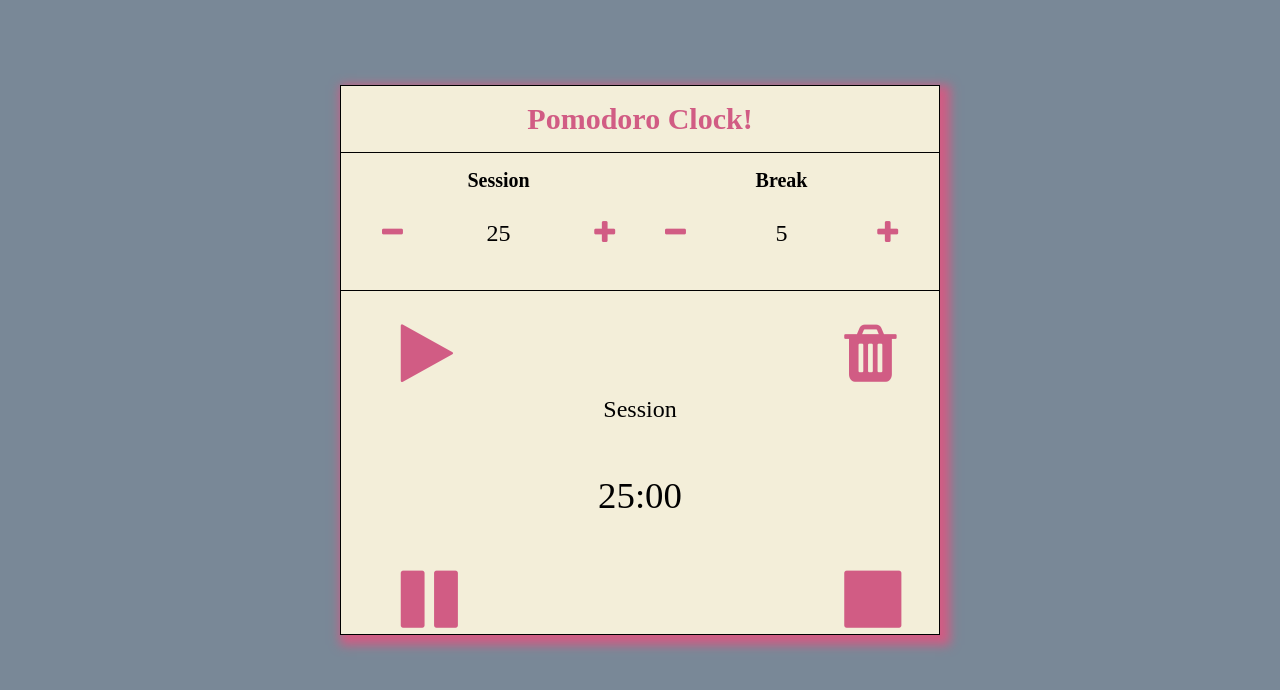
Repository: mcostigliola/pomodoroTimer
Page: index.html
These files come from the project's save history. The page is drawn as it stood at one moment and after the next save; the edit follows.
The browser window is 1280 px wide. The pictures show the whole page.

Above is the page before, as saved 2020-06-10 19:51:05.

### index.html
<!DOCTYPE html>
<html>
<head>
  <meta charset='utf-8'>
  <meta http-equiv='X-UA-Compatible' content='IE=edge'>
  <title>Page Title</title>
  <meta name='viewport' content='width=device-width, initial-scale=1'>
  <link rel='stylesheet' type='text/css' media='screen' href='main.css'>
  <link rel='stylesheet' type='text/css' media='screen' href='https://cdnjs.cloudflare.com/ajax/libs/font-awesome/4.7.0/css/font-awesome.css'>
</head>
<body>
  <div id="main-container">
    <div id="title-watch">
      <p>Pomodoro Clock!</p>
    </div>

    <div id="session-container">
      <div class="timer-configurator">
        <h3 class="cnfg-name">Session</h3>
        <div class="cnfg-controller">
          <button id="session-down" class="arrow-btn arrow-down">
            <i class="fa fa-2x fa-minus" aria-hidden="true"></i>
          </button>
          <div id="session-minute" class="config-minute"></div>
          <button id="session-up" class="arrow-btn arrow-up">
            <i class="fa fa-2x fa-plus" aria-hidden="true"></i>
          </button>
        </div>
      </div>
      <div class="timer-configurator">
        <h3 class="cnfg-name">Break</h3>
        <div class="cnfg-controller">
          <button id="break-down" class="arrow-btn arrow-down">
            <i class="fa fa-2x fa-minus" aria-hidden="true"></i>
          </button>
          <div id="break-minute" class="config-minute"></div>
          <button id="break-up" class="arrow-btn arrow-up">
            <i class="fa fa-2x fa-plus" aria-hidden="true"></i>
          </button>
        </div>
      </div>
    </div>

    <div id="timer-container">
       <div class="btn-container">
         <button id="btn-play"><i class="fa fa-5x fa-play" aria-hidden="true"></i></button>
         <button id="btn-reset"><i class="fa fa-5x fa-trash" aria-hidden="true"></i></button>
       </div>

       <p id="status">Session</p>
       <p id="timer">25:00</p>
       <div class="btn-container">
         <button id="btn-pause"><i class="fa fa-5x fa-pause" aria-hidden="true"></i>
</button>
         <button id="btn-stop"><i class="fa fa-5x fa-stop" aria-hidden="true"></i>
</button>
       </div>

    </div>
  </div>

  <script src='main.js'></script>
</body>
</html>

### main.css
:root{
    --bg-color: #798897;
    --main-color: #f3eed9;
    --icon-color: #d15c84;
}

 *{

    box-sizing: border-box;
    margin:0;
    padding:0;
}

html{
    height: 100%;
    background-color: var(--bg-color);
}

body{
    display: flex;
    flex-flow: column;
    height: 100%;
}

button{
    background: none;
    border: none;
    cursor: pointer;
    height: auto;
    outline: inherit;
    width: auto;
}

button > * {
    pointer-events: none;
  }

i{
    color: var(--icon-color);
    width: 100%;
}

#main-container{
    background-color: var(--main-color);
    box-shadow:5px 5px 10px 5px var(--icon-color);
    border: 1px solid black;
    display: flex;
    flex-flow: column;
    height: 550px;
    justify-content: space-between;
    margin: auto;
    width: 600px;
}

#session-container{
    border-top: 1px solid black;
    display: flex;
    height: 30%;
    padding: 1rem;
}

#status{
    font-size: 1.5rem;
}

#timer{
    font-size: 2.3rem;
}

#timer-container{
    height: 75%;
}

#timer-container{
    border-top: 1px solid black;
    display:flex;
    flex-flow: column;
    justify-content: space-between  ;
    padding: 5% 10% 7% 10%;
    text-align: center;
}

#title-watch{
    align-items: center;
    display: flex;
    height: 15%;
    text-align: center;
}

#title-watch p{
    color: var(--icon-color);
    flex-grow: 1;
    font-size: 30px;
    font-weight: bold;
}

.arrow-btn{
    width: 25%;
}

.btn-container{
    display: flex;
    justify-content: space-between;
}

.btn-container button{
    height: 25px;
    width: 35px;
}

.cnfg-controller{
    display: flex;
    flex-grow: 1;
    justify-content: space-between;
}

.cnfg-name{
    font-size: 20px;
}

.config-minute{
    font-size: 1.5rem;
    display: flex;
    flex-flow: column;
    justify-content: center;
}


.timer-configurator{
    display: flex;
    flex-flow: column;
    width: 50%;
}

.timer-configurator h3{
    text-align: center;
}

### main.js
const MAX_CNFG_VALUE = 99;
const DEFMINUTES = 25;
const DEFBREAK = 5;
let configSessionMinutes = DEFMINUTES;
let configBreakMinutes = DEFBREAK;
let timerMinutes = configSessionMinutes;
let timerSeconds = 0;
let intervalId;
let isPaused = true;
let isOnBreak = false;
let sessionP = document.getElementById('status');
document.getElementById('session-minute').innerText = configSessionMinutes.toString();
document.getElementById('break-minute').innerText = configBreakMinutes.toString();

let arrowBtns = Array.from(document.querySelectorAll('.arrow-btn'));
arrowBtns.forEach(btn => btn.addEventListener('click', pressArrow));

document.getElementById('btn-play').addEventListener('click', pressPlay);
document.getElementById('btn-pause').addEventListener('click', pressPause);
document.getElementById('btn-stop').addEventListener('click', pressStop);
document.getElementById('btn-reset').addEventListener('click', resetButton);

function pressArrow(e){
  const buttonId = e.target.id;
  changeConfigMinutes(buttonId);
  alignConfigWithDisplay(buttonId);
}

function alignConfigWithDisplay(buttonId){
  if(buttonId.includes('break')){
    updateDisplay();
    if(isPaused && isOnBreak){
      timerMinutes = configBreakMinutes;
      updateDisplay();
    }
  }else{
    updateDisplay();
    if(isPaused && !isOnBreak){
      timerMinutes = configSessionMinutes;
      updateDisplay();
    }
  }
}

function changeConfigMinutes(buttonId){
  switch(buttonId){
    case "session-up":
      if(configSessionMinutes < MAX_CNFG_VALUE) configSessionMinutes++;
      break;
    case "session-down":
      if(configSessionMinutes > 0) configSessionMinutes--;
      break;
    case "break-up":
      if(configBreakMinutes < MAX_CNFG_VALUE) configBreakMinutes++;
      break;
    case "break-down":
      if(configBreakMinutes > 0) configBreakMinutes--;
      break;
  }
}

function updateDisplay(){
  updateTimerText();
  udpateConfigText();
}

function updateTimerText(){
  let timer = '';
  timerMinutes < 10 ? timer = `0${timerMinutes}`: timer = timerMinutes;
  timerSeconds < 10 ? timer += `:0${timerSeconds}`: timer += `:${timerSeconds}`;
  document.getElementById('timer').innerText = timer;
}

function udpateConfigText(){
  document.getElementById('break-minute').innerText = configBreakMinutes.toString();
  document.getElementById('session-minute').innerText = configSessionMinutes.toString();
}

function countdown(){
   intervalId = setInterval(() => {
    if(isPaused === true){
      clearInterval(intervalId);
      return;
    }
    if (timerSeconds > 0){
          timerSeconds--;
          updateDisplay();
    }else{
      if (timerMinutes > 0){
        timerMinutes--;
        timerSeconds = 59;
        updateDisplay();
      } else {
        isPaused = true;
        switchStatus();
      }
    }
   }, 1000);
}

function pressPlay(){
  if (isPaused){
    countdown();
    isPaused = false;
  }
}

function pressPause(){
  if(!isPaused) isPaused = true;
}

function pressStop(){
  timerSeconds = 0;
  isPaused = true;
  if(isOnBreak){
    sessionP.innerText = "Break";
    timerMinutes = configBreakMinutes;
  }else{
    sessionP.innerText = "Session";
    timerMinutes = configSessionMinutes;
  }
  updateDisplay();
}

function resetButton(){
  configSessionMinutes = DEFMINUTES;
  configBreakMinutes = DEFBREAK;
  isPaused = true;
  isOnBreak = false;
  timerMinutes = configSessionMinutes;
  timerSeconds = 0;
  sessionP.innerText = "Session";
  updateDisplay();
}

function switchStatus(){
  clearInterval(intervalId);
  isOnBreak = !isOnBreak;
  if(isOnBreak){
    timerMinutes = configBreakMinutes;
    sessionP.innerText = "Break";
  } else {
    timerMinutes = configSessionMinutes;
    sessionP.innerText = "Session";
  }
  isPaused = true;
  updateDisplay();
}

After the next save:
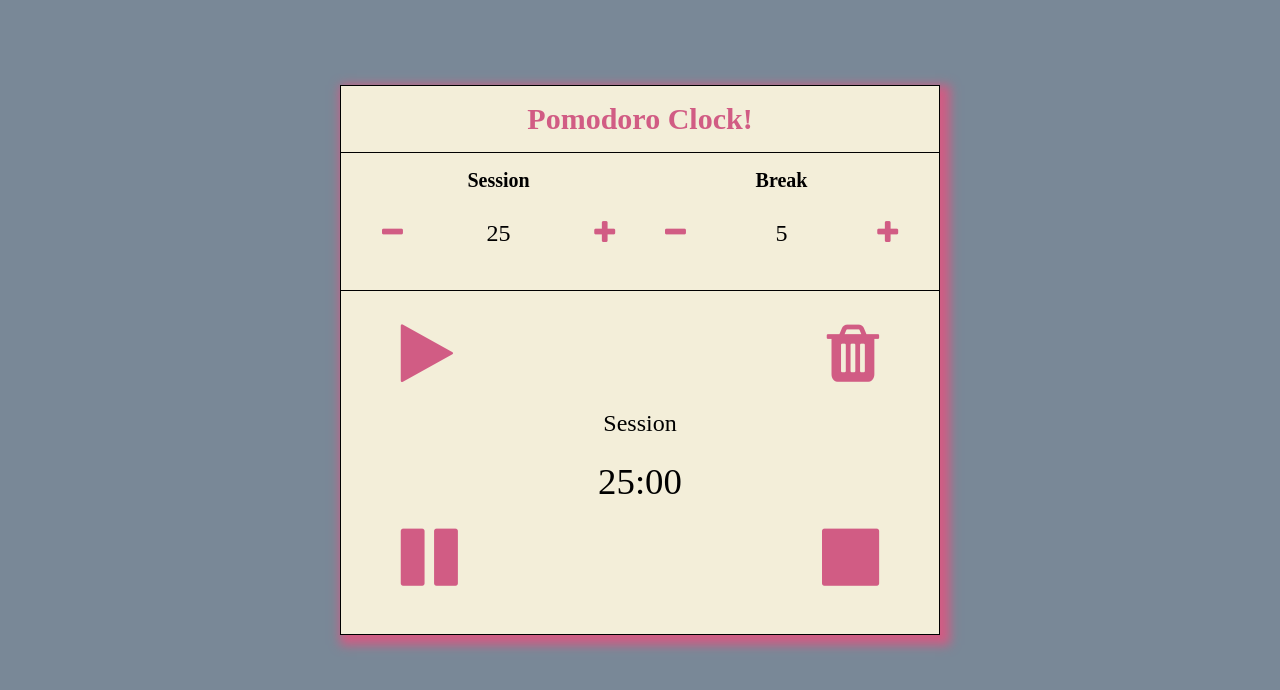
Saved 58 s later.
--- a/main.css
+++ b/main.css
@@ -103,10 +103,7 @@ i{
     justify-content: space-between;
 }
 
-.btn-container button{
-    height: 25px;
-    width: 35px;
-}
+
 
 .cnfg-controller{
     display: flex;
